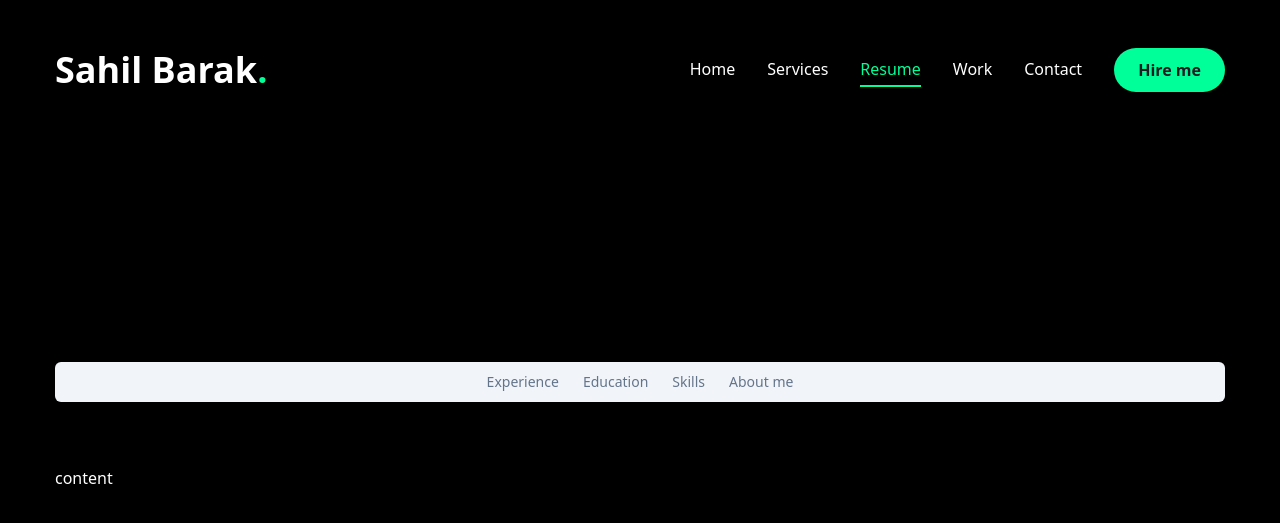
Repository: Moxsahil/My_portfolio
Page: /resume (app in sahil-portfolio/)
The author's editor kept a copy of each file at every save. The page is drawn from the files as they stood at one save, then again after the next save.
The browser window is 1280 px wide. The pictures show the whole page.
The project was rebuilt for these pictures with package versions that can differ from the ones it lists, and the page was loaded fresh each time. The framework's server and built-in components were replaced by stand-ins that run in the browser. Also part of the build but not shown: sahil-portfolio/next.config.mjs, sahil-portfolio/components/ui/tooltip.jsx, sahil-portfolio/components/ui/scroll-area.jsx.

Above is the page before, as saved 2024-10-04 16:24:57.

### sahil-portfolio/app/layout.jsx
import { JetBrains_Mono } from "next/font/google";
import "./globals.css";
import Header from "@/components/Header";
import PageTransition from "@/components/PageTransition";
import StairTransition from "@/components/StairTransition";

const jetbrainsMono = JetBrains_Mono({
  subsets: ["latin"],
   weight: ["100", "200", "300", "400", "500", "600", "700", "800"],
   variable: '--font-jetbrainsMono'
});

export const metadata = {
  title: "Create Next App",
  description: "Generated by create next app",
};

export default function RootLayout({ children }) {
  return (
    <html lang="en">
      <body className={jetbrainsMono.variable}>
        <Header />
        <StairTransition />
        <PageTransition> {children}</PageTransition>
        </body>
    </html>
  );
}

### sahil-portfolio/app/resume/page.jsx
"use client";

import {
  FaHtml5,
  FaCss3,
  FaJs,
  FaReact,
  FaFigma,
  FaNodeJs,
} from 'react-icons/fa';

import { SiTailwindcss, SiNextdotjs } from 'react-icons/si';

//about data
const about = {
  title: 'About me',
  description: "Enthusiastic and diligent B.Tech Computer Science student with a strong foundation in Java programming, database management, and algorithm development. Adept at problem-solving and committed to continuous learning. Looking to leverage my skills and knowledge in a dynamic and challenging environment to contribute to innovative projects and advance my career in the tech industry.",
  info:[
    {
      fieldName: "Name",
      fieldValue: "Sahil Barak"
    },
    {
      fieldName: "Phone No",
      fieldValue: "(+91) 7404927198"
    },
    {
      fieldName: "Experience",
      fieldValue: "3 years of experience in contributing towards many projects and seeking for opportunities to work in the tech industry."
    },
    {
      fieldName: "Linkedin",
      fieldValue: "Sahil Barak"
    },
    {
      fieldName: "Email",
      fieldValue: "Sahilmk01@gmail.com"
    },
    {
      fieldName: "Nationality",
      fieldValue: "Indian"
    },
  ]
};

//experience
const experience = {
  icon: '/assets/resume/badge.svg',
  title: 'My Experience',
  description:
   "Enthusiastic and diligent B.Tech Computer Science student with a strong foundation in Java programming, database management, and algorithm development. Adept at problem-solving and committed to continuous learning. Looking to leverage my skills and knowledge in a dynamic and challenging environment to contribute to innovative projects and advance my career in the tech industry.",
   items: [
    {
      company: "Wipro",
      position: "Intern",
      duration: "Aug 2022 - Nov 2022",
    },
   ]
};

const education = {
  icon: '/assets/resume/cap.svg',
  title: 'My Education',
  description:
   "Qualifications I have",
   items: [
    {
      Institution: "PDM University",
      Degree : "B.Tech Computer Science",
      Grade: "7.31 CGPA",
      duration: "Aug 2019 - July 2023",
    },
    {
      Institution: "DAV Centenary Public School",
      Degree : "12th standard",
      Grade: "7.0 CGPA",
      duration: "Apr 2018 - Mar 2019",
    },
    {
      Institution: "DAV Centenary Public School",
      Degree : "10th standard",
      Grade: "8.6 CGPA",
      duration: "Apr 2016 - Mar 2017",
    },
   ]
};

//skills data
const skills = {
  title: 'My Skills',
  description: "Skills i learnt throughout my journey",
  skillList: [
    {
      icon: <FaHtml5 />,
      name: "HTML 5",
    },
    {
      icon: <FaCss3 />,
      name: "css 3",
    },
    {
      icon: <FaJs />,
      name: "javascript",
    },
    {
      icon: <FaReact/>,
      name: "react.js",
    },
    {
      icon: <SiNextdotjs />,
      name: "next.js",
    },
    {
      icon: <SiTailwindcss/>,
      name: "Tailwind.css",
    },
    {
      icon: <FaNodeJs />,
      name: "node.js",
    },
  ]
}

import { Tabs, TabsContent, TabsList, TabsTrigger } from "@/components/ui/tabs";

import { Tooltip, TooltipContent, TooltipProvider, TooltipTrigger } from '@/components/ui/tooltip';

import { ScrollArea } from '@/components/ui/scroll-area';
import { motion } from 'framer-motion';

const Resume = () => {
  return (
    <motion.div
    initial={{opacity: 0}}
    animate={{opacity: 1,
      transition: {delay: 2.4, duration: 0.4, ease: "easeIn"},
     }}
     className="min-h-[80vh] flex items-center justify-center py-12 xl:py-0"
     >
      <div className="container mx-auto">
        <Tabs defaultValue="Experience" className="flex flex-col xl: flex-row gap-[60px]">
          <TabsList>
            <TabsTrigger>Experience</TabsTrigger>
            <TabsTrigger>Education</TabsTrigger>
            <TabsTrigger>Skills</TabsTrigger>
            <TabsTrigger>About me</TabsTrigger>
          </TabsList>

          {/* content */}
          <div>content</div>

        </Tabs>
      </div>
      </motion.div>
  )
}

export default Resume;

### sahil-portfolio/app/globals.css
@tailwind base;
@tailwind components;
@tailwind utilities;

@layer base{
    body {
        @apply font-primary bg-black text-white leading-loose;
    }
    .h1{
        @apply text-[48px] xl:text-[80px] leading-[1.1] font-semibold;
    }
    .h2{
        @apply text-[36px] xl:text-[48px] leading-[1.1] font-semibold;
    }
    .h3{
        @apply text-[20px] xl:text-[24px] leading-[1.1] font-semibold;
    }
.text-outline{
    -webkit-text-stroke: 1px #ffffff;
}

.text-outline-hover{
    -webkit-text-stroke: 1px #00ff99;
}
}

### sahil-portfolio/components/Header.jsx
import Link from "next/link";
import { Button } from "./ui/button";

//components
import Nav from "./Nav";
import MobileNav from "./MobileNav";
const Header = () => {
  return (
     <header className = "py-8 xl:py-12 text-white">
    <div className = "container mx-auto flex justify-between items-center">
      {/* logo */}
      <Link href="/">
        <h1 className="text-4xl font-semibold">
          Sahil Barak<span className="text-accent">.</span>
        </h1>
        </Link>


        {/* desktop nav & hire me button */}
        <div className="hidden xl:flex items-center gap-8">
        <Nav />
        <Link href="/#contact">
        <Button>Hire me</Button>
        </Link>
        </div>

        {/* mobile nav */}
        <div className="xl:hidden">
          <MobileNav />
        </div>
    </div>
  </header>
  );
};

export default Header;

### sahil-portfolio/components/PageTransition.jsx
 "use client";


 import { AnimatePresence, motion } from "framer-motion";
import { usePathname } from "next/navigation";

 const PageTransition = ({children}) => {
  const pathname = usePathname();

  return (
    <AnimatePresence>

      <div key={pathname}>
        <motion.div initial={{opacity: 1}}
        animate={{opacity:0,
         transition: {delay: 1,duration: 0.4, ease: "easeInOut"},
         }}
         className="h-screen w-screen fixed bg-primary top-0 pointer-events-none"
         />
        {children}</div>
    </AnimatePresence>
  )
}

export default PageTransition

### sahil-portfolio/components/StairTransition.jsx
"use client";

import { AnimatePresence, motion } from "framer-motion";
import { usePathname } from "next/navigation";

//components
import Stairs from "./Stairs";

const StairTransition = () => {
  const pathname = usePathname();
  return (
    <>
    <AnimatePresence mode="wait">
      <div key={pathname}>
        <div className="h-screen w-screen fixed top-0 left-0 right-0
        pointer-events-none z-40 flex">
         <Stairs />
          </div>

        <motion.div
        className="h-screen w-screen fixed bg-primary top-0 pointer-events-none"
        initial={{opacity: 1}}
        animate={{
          opacity: 0,
          transition: {delay: 1,duration: 0.4, ease: "easeInOut" },
      }}
        />
      </div>
    </AnimatePresence>
    </>
  );
}

export default StairTransition

### sahil-portfolio/components/ui/tabs.jsx
"use client"

import * as React from "react"
import * as TabsPrimitive from "@radix-ui/react-tabs"

import { cn } from "@/lib/utils"

const Tabs = TabsPrimitive.Root

const TabsList = React.forwardRef(({ className, ...props }, ref) => (
  <TabsPrimitive.List
    ref={ref}
    className={cn(
      "inline-flex h-10 items-center justify-center rounded-md bg-slate-100 p-1 text-slate-500 dark:bg-slate-800 dark:text-slate-400",
      className
    )}
    {...props} />
))
TabsList.displayName = TabsPrimitive.List.displayName

const TabsTrigger = React.forwardRef(({ className, ...props }, ref) => (
  <TabsPrimitive.Trigger
    ref={ref}
    className={cn(
      "inline-flex items-center justify-center whitespace-nowrap rounded-sm px-3 py-1.5 text-sm font-medium ring-offset-white transition-all focus-visible:outline-none focus-visible:ring-2 focus-visible:ring-slate-950 focus-visible:ring-offset-2 disabled:pointer-events-none disabled:opacity-50 data-[state=active]:bg-white data-[state=active]:text-slate-950 data-[state=active]:shadow-sm dark:ring-offset-slate-950 dark:focus-visible:ring-slate-300 dark:data-[state=active]:bg-slate-950 dark:data-[state=active]:text-slate-50",
      className
    )}
    {...props} />
))
TabsTrigger.displayName = TabsPrimitive.Trigger.displayName

const TabsContent = React.forwardRef(({ className, ...props }, ref) => (
  <TabsPrimitive.Content
    ref={ref}
    className={cn(
      "mt-2 ring-offset-white focus-visible:outline-none focus-visible:ring-2 focus-visible:ring-slate-950 focus-visible:ring-offset-2 dark:ring-offset-slate-950 dark:focus-visible:ring-slate-300",
      className
    )}
    {...props} />
))
TabsContent.displayName = TabsPrimitive.Content.displayName

export { Tabs, TabsList, TabsTrigger, TabsContent }

### sahil-portfolio/components/ui/button.jsx
import * as React from "react"
import { Slot } from "@radix-ui/react-slot"
import { cva } from "class-variance-authority";

import { cn } from "@/lib/utils"

const buttonVariants = cva(
  "inline-flex items-center justify-center whitespace-nowrap rounded-full text-base font-semibold ring-offset-white transition-colors",
  {
    variants: {
      variant: {
        default: "bg-accent text-primary hover:bg-accent-hover",
        primary: "bg-primary text-white ",
        outline:
        "border border-accent bg-transparent text-accent hover :bg-accent hover: text-primary",

      },
      size: {
        default: "h-[44px] px-6",
        md: "h-[48px] px-6",
        lg: "h-[56px] px-8 text-sm uppercase tracking-[2px]",

      },
    },
    defaultVariants: {
      variant: "default",
      size: "default",
    },
  }
)

const Button = React.forwardRef(({ className, variant, size, asChild = false, ...props }, ref) => {
  const Comp = asChild ? Slot : "button"
  return (
    (<Comp
      className={cn(buttonVariants({ variant, size, className }))}
      ref={ref}
      {...props} />)
  );
})
Button.displayName = "Button"

export { Button, buttonVariants }

### sahil-portfolio/components/Nav.jsx
"use client";

import Link from "next/link";
import { usePathname } from "next/navigation";

const links = [
    {
        name: "Home",
        path: "/",
    },
    {
        name: "services",
        path: "/services",
    },
    {
        name: "resume",
        path: "/resume",
    },
    {
        name: "work",
        path: "/work",
    },
    {
        name: "contact",
        path: "/contact",
    },
];


const Nav = () => {
    const pathname = usePathname();
  return (
    <nav className="flex gap-8">
        {links.map((link, index) => {
            return (
                <Link href={link.path} key={index} className ={`${
                    link.path === pathname &&
                    "text-accent border-b-2 border-accent"}
                    capitalize font-medium hover:text-accent transition-all`}
                    >
                    {link.name}
                </Link>
            );
        })}
    </nav>
  )
}

export default Nav

### sahil-portfolio/components/MobileNav.jsx
"use client";

import { Sheet, SheetContent, SheetTrigger } from "@/components/ui/sheet";
import { usePathname } from "next/navigation";
import Link from "next/link";
import { CiMenuFries } from "react-icons/ci";

const links = [
  {
    name: "Home",
    path: "/",
  },
  {
    name: "services",
    path: "/services",
  },
  {
    name: "resume",
    path: "/resume",
  },
  {
    name: "work",
    path: "/work",
  },
  {
    name: "contact",
    path: "/contact",
  },
]

const MobileNav = () => {
  const pathname = usePathname();
  return (
    <Sheet>
      <SheetTrigger className ="flex-justify-center items-center">
        <CiMenuFries className="text-[32px] text-accent"/>
      </SheetTrigger>
      <SheetContent className="flex flex-col">
        {/* logo */}
        <div className="mt-32 mb-40 text-center text-2xl">
          <Link href="/">
          <h1 className="text-4xl font-semibold">
            Sahil Barak<span className="text-accent">.</span></h1>
          </Link>
        </div>
        {/* nav  */}
        <nav className="flex flex-col justify-center items-center gap-8">
          {links.map((link, index) => {
            return(
              <Link href={link.path} key={index} className={` ${link.path === pathname && "text-accent border-b-2 border-accent"}text-xl capitalize hover:text-accent transition-all`}>
                {link.name}
              </Link>
            );
          })}
        </nav>
      </SheetContent>
    </Sheet>
  );
};

export default MobileNav;

### sahil-portfolio/components/Stairs.jsx
import { motion } from "framer-motion";

const stairAnimation = {
    initial: {
        top: "0%",
    },
    animate: {
        top: "100%",
    },
    exit: {
        top: ["100%`", "0%"],
    },
};


// calculate the reverse index fot staggred delay

const reverseIndex = (index) => {
    const totalSteps = 6; // number of steps
    return totalSteps - index - 1;
};
const Stairs = () => {
  return (
  <>

    {/* render 6 motion divs, each representing a step of the stairs.
    Each div will have the same animation defined by the stairsAnimation object.
    the delay for each div is calculated sinamically based on its reversed index ,
    creating a staggered effect with decreasing delay for each subsequent step.
    */}
    {[...Array(6)].map((_, index)=>{
        return (
        <motion.div
         key={index}
         variants={stairAnimation}
         initial="initial"
         animate="animate"
         exit="exit"
         transition={{
            duration: 0.4,
            ease: "easeInOut",
            delay: reverseIndex(index) * 0.1,
        }}
        className="h-full w-full bg-white relative"
        />
    );
    })}
  </>
  );
};

export default Stairs

### sahil-portfolio/components/ui/sheet.jsx
"use client";
import * as React from "react"
import * as SheetPrimitive from "@radix-ui/react-dialog"
import { cva } from "class-variance-authority";
import { cn } from "@/lib/utils"

import { IoMdClose } from "react-icons/io";

const Sheet = SheetPrimitive.Root

const SheetTrigger = SheetPrimitive.Trigger

const SheetClose = SheetPrimitive.Close

const SheetPortal = SheetPrimitive.Portal

const SheetOverlay = React.forwardRef(({ className, ...props }, ref) => (
  <SheetPrimitive.Overlay
    className={cn(
      "fixed inset-0 z-50 bg-black/80  data-[state=open]:animate-in data-[state=closed]:animate-out data-[state=closed]:fade-out-0 data-[state=open]:fade-in-0",
      className
    )}
    {...props}
    ref={ref} />
))
SheetOverlay.displayName = SheetPrimitive.Overlay.displayName

const sheetVariants = cva(
  "fixed z-50 gap-4 bg-primary p-6 shadow-lg transition ease-in-out data-[state=open]:animate-in data-[state=closed]:animate-out data-[state=closed]:duration-300 data-[state=open]:duration-500 dark:bg-slate-950",
  {
    variants: {
      side: {
        top: "inset-x-0 top-0 border-b data-[state=closed]:slide-out-to-top data-[state=open]:slide-in-from-top",
        bottom:
          "inset-x-0 bottom-0 border-t data-[state=closed]:slide-out-to-bottom data-[state=open]:slide-in-from-bottom",
        left: "inset-y-0 left-0 h-full w-3/4 border-r data-[state=closed]:slide-out-to-left data-[state=open]:slide-in-from-left sm:max-w-sm",
        right:
          "inset-y-0 right-0 h-full w-3/4  data-[state=closed]:slide-out-to-right data-[state=open]:slide-in-from-right sm:max-w-sm",
      },
    },
    defaultVariants: {
      side: "right",
    },
  }
)

const SheetContent = React.forwardRef(({ side = "right", className, children, ...props }, ref) => (
  <SheetPortal>
    <SheetOverlay />
    <SheetPrimitive.Content ref={ref} className={cn(sheetVariants({ side }), className)} {...props}>
      {children}
      <SheetPrimitive.Close
        className= "absolute right-8 top-8 transition-opacity outline-none">
        <IoMdClose className="text-3xl text-accent" />
        <span className="sr-only">Close</span>
      </SheetPrimitive.Close>
    </SheetPrimitive.Content>
  </SheetPortal>
))
SheetContent.displayName = SheetPrimitive.Content.displayName

const SheetHeader = ({
  className,
  ...props
}) => (
  <div
    className={cn("flex flex-col space-y-2 text-center sm:text-left", className)}
    {...props} />
)
SheetHeader.displayName = "SheetHeader"

const SheetFooter = ({
  className,
  ...props
}) => (
  <div
    className={cn("flex flex-col-reverse sm:flex-row sm:justify-end sm:space-x-2", className)}
    {...props} />
)
SheetFooter.displayName = "SheetFooter"

const SheetTitle = React.forwardRef(({ className, ...props }, ref) => (
  <SheetPrimitive.Title
    ref={ref}
    className={cn("text-lg font-semibold text-slate-950 dark:text-slate-50", className)}
    {...props} />
))
SheetTitle.displayName = SheetPrimitive.Title.displayName

const SheetDescription = React.forwardRef(({ className, ...props }, ref) => (
  <SheetPrimitive.Description
    ref={ref}
    className={cn("text-sm text-slate-500 dark:text-slate-400", className)}
    {...props} />
))
SheetDescription.displayName = SheetPrimitive.Description.displayName

export {
  Sheet,
  SheetPortal,
  SheetOverlay,
  SheetTrigger,
  SheetClose,
  SheetContent,
  SheetHeader,
  SheetFooter,
  SheetTitle,
  SheetDescription,
}

### sahil-portfolio/tailwind.config.js
/** @type {import('tailwinds').Config} */
module.exports = {
  darkMode: ["class"],
  content: [
    './pages/**/*.{js,jsx}',
    './components/**/*.{js,jsx}',
    './app/**/*.{js,jsx}',
    './src/**/*.{js,jsx}',
  ],
  prefix: "",
  theme: {
    container: {
      center: true,
      padding: "15px",
    },
      screens: {
      sm: "640px",
      md: "768px",
      lg: "960px",
      xl: "1200px",
    },
    fontFamily: {
      primary: "var(--font-JetBrainsMono)",
    },
    extend: {

      colors: {
        primary: '#1c1c22',
        accent: {
          DEFAULT: '#00ff99',
          hover: '#00e187'
        }
      },

      keyframes: {
        "accordion-down": {
          from: { height: "0" },
          to: { height: "var(--radix-accordion-content-height)" },
        },
        "accordion-up": {
          from: { height: "var(--radix-accordion-content-height)" },
          to: { height: "0" },
        },
      },
      animation: {
        "accordion-down": "accordion-down 0.2s ease-out",
        "accordion-up": "accordion-up 0.2s ease-out",
      },
    },
  },
  plugins: [require("tailwindcss-animate")],
}

Loaded but not shown: sahil-portfolio/lib/utils.js (common file)

After the next save:
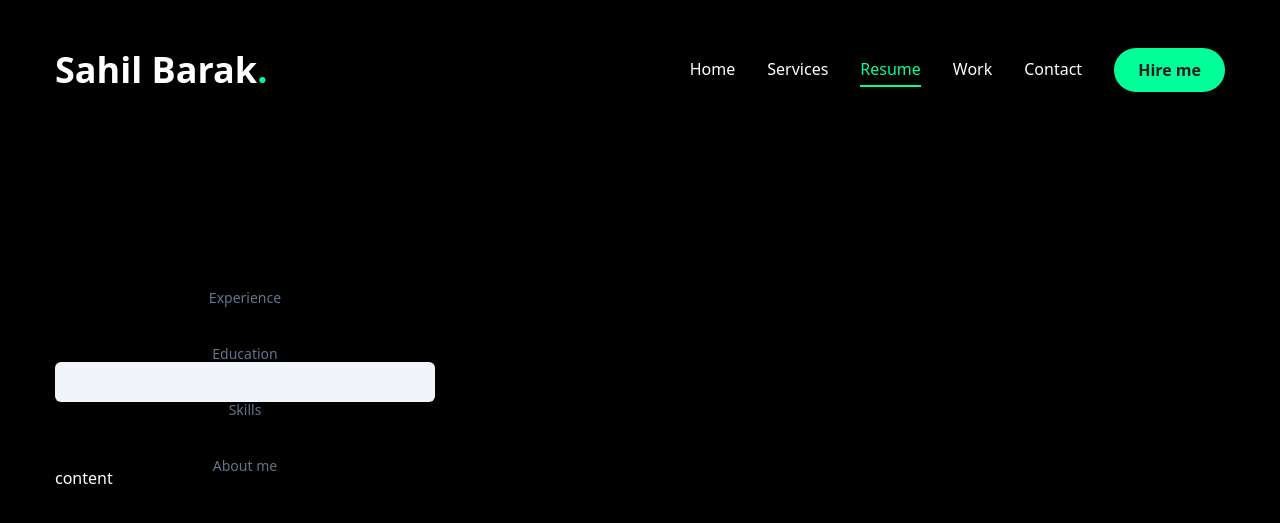
Saved 109 s later.
--- a/sahil-portfolio/app/resume/page.jsx
+++ b/sahil-portfolio/app/resume/page.jsx
@@ -139,7 +139,7 @@
      >
       <div className="container mx-auto">
         <Tabs defaultValue="Experience" className="flex flex-col xl: flex-row gap-[60px]">
-          <TabsList>
+          <TabsList className="flex flex-col w-full max-w-[380px] mx-auto xl:mx-0 gap-6">
             <TabsTrigger>Experience</TabsTrigger>
             <TabsTrigger>Education</TabsTrigger>
             <TabsTrigger>Skills</TabsTrigger>
